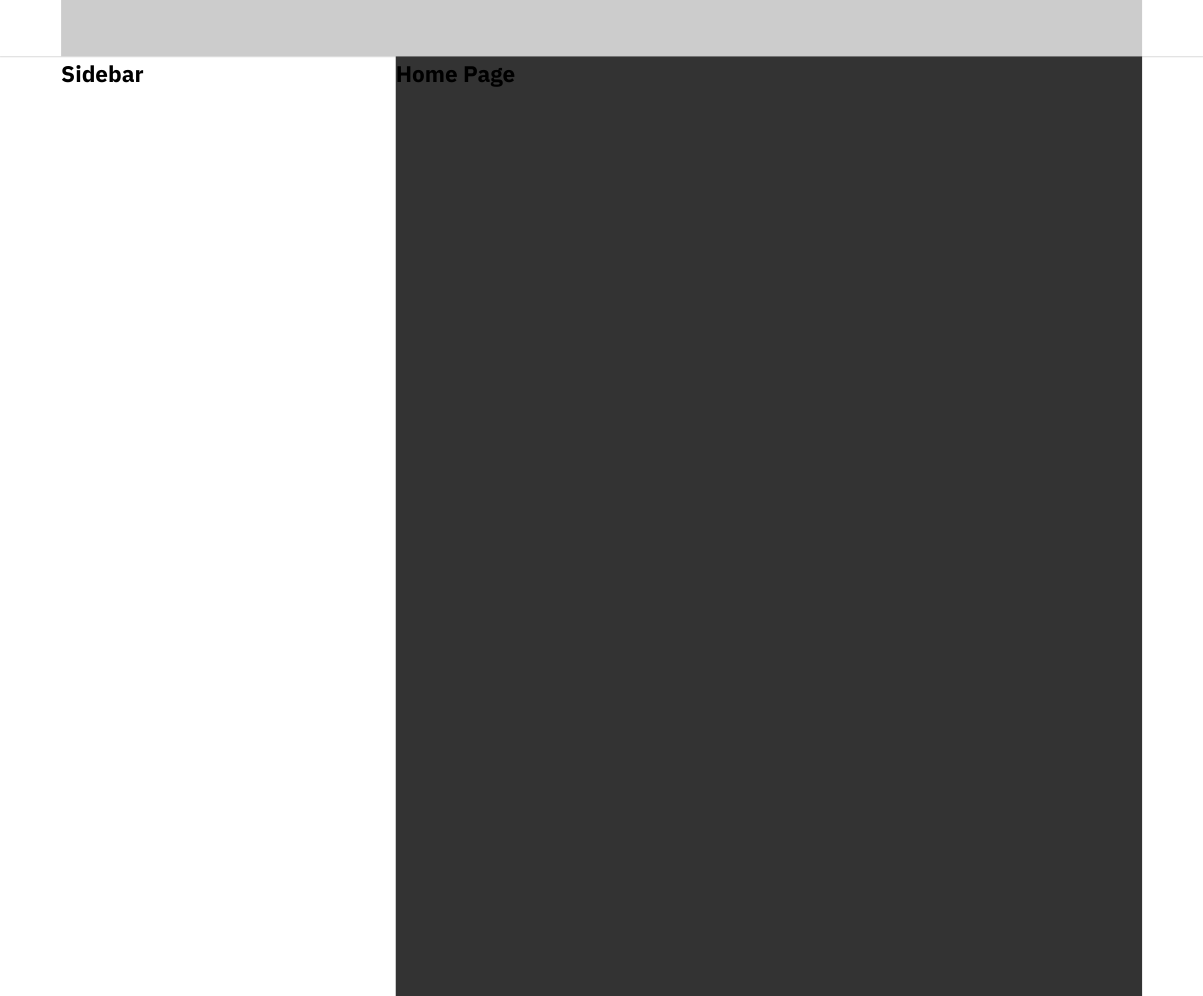
Repository: khuong30082000/tiktok-ui
Page: /
An editor plug-in stored every save of this project. The page is shown before and after the next save, followed by the edit.
The browser window is 1280 px wide. The pictures show the whole page, at 94% of full size.
The project was rebuilt for these pictures with package versions that can differ from the ones it lists, and the page was loaded fresh each time. Also part of the build but not shown: src/components/Layout/HeaderOnly/index.js, src/pages/Following/index.js, src/pages/Profile/index.js, src/pages/Upload/index.js.

Above is the page before, as saved 2022-06-13 13:46:13.

After the next save:
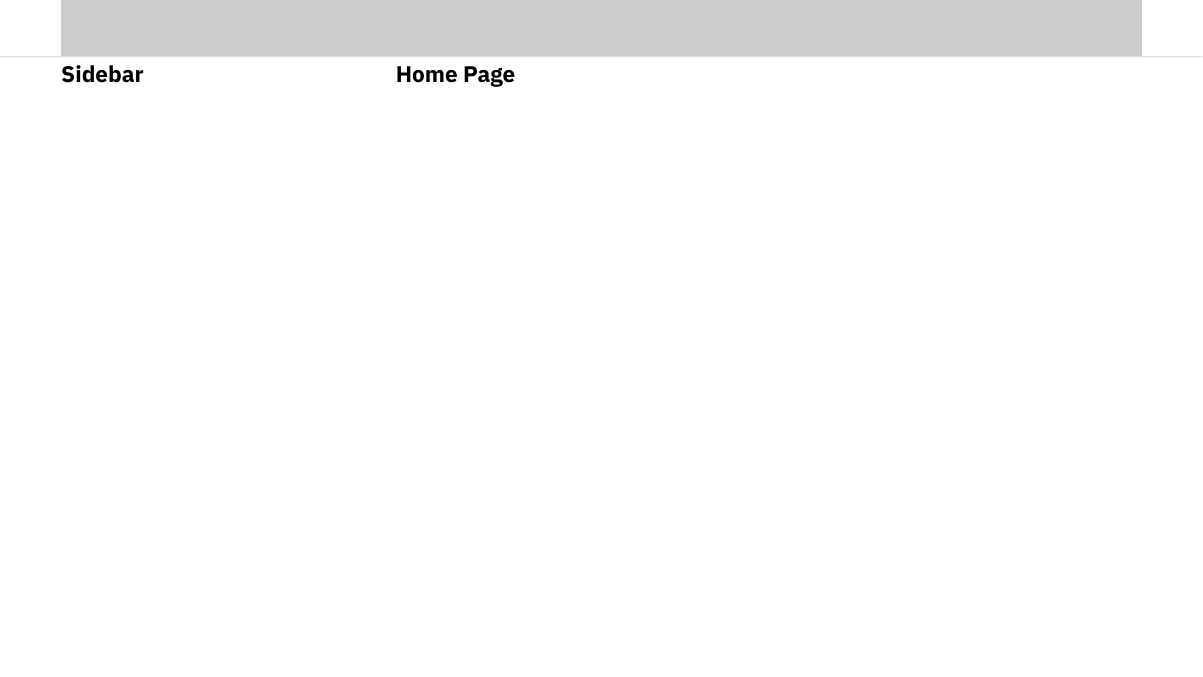
Saved 19 s later.
--- a/src/components/Layout/DefaultLayout/DefaultLayout.module.scss
+++ b/src/components/Layout/DefaultLayout/DefaultLayout.module.scss
@@ -11,6 +11,4 @@
 }
 .content {
   flex: 1;
-  background-color: #333;
-  min-height: 100rem;
 }
